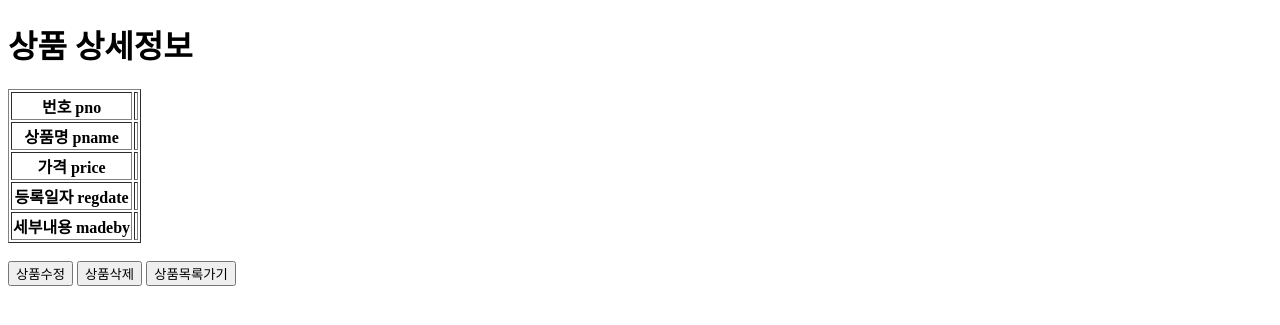
Repository: sujeong1799/JSP
Page: http://localhost/jsp_study/detail.jsp
These files come from the project's save history. The page is drawn as it stood at one moment and after the next save; the edit follows.
The browser window is 1280 px wide. The pictures show the whole page.
The page is served by Tomcat 9. The template is opened directly, without the code that normally fills it, so the values that code supplies are empty.

Above is the page before, as saved 2023-05-11 08:35:51.

After the next save:
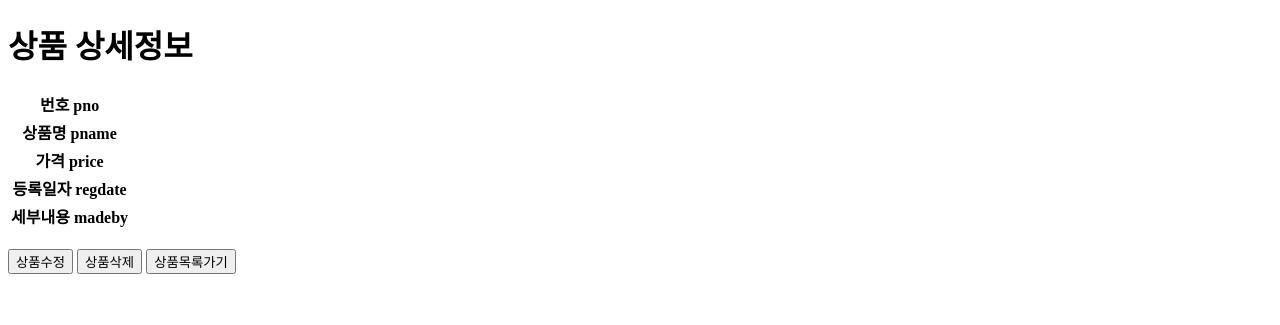
Saved 56 s later.
--- a/jsp_project1/jsp_study/src/main/webapp/detail.jsp
+++ b/jsp_project1/jsp_study/src/main/webapp/detail.jsp
@@ -8,7 +8,7 @@
 </head>
 <body>
 	<h1>상품 상세정보</h1>
-	<table border="1">
+	<table class="table table-striped">
 		<tr align="center">
 			<th>번호 pno</th>
 			<td>${pvo.pno }</td>
